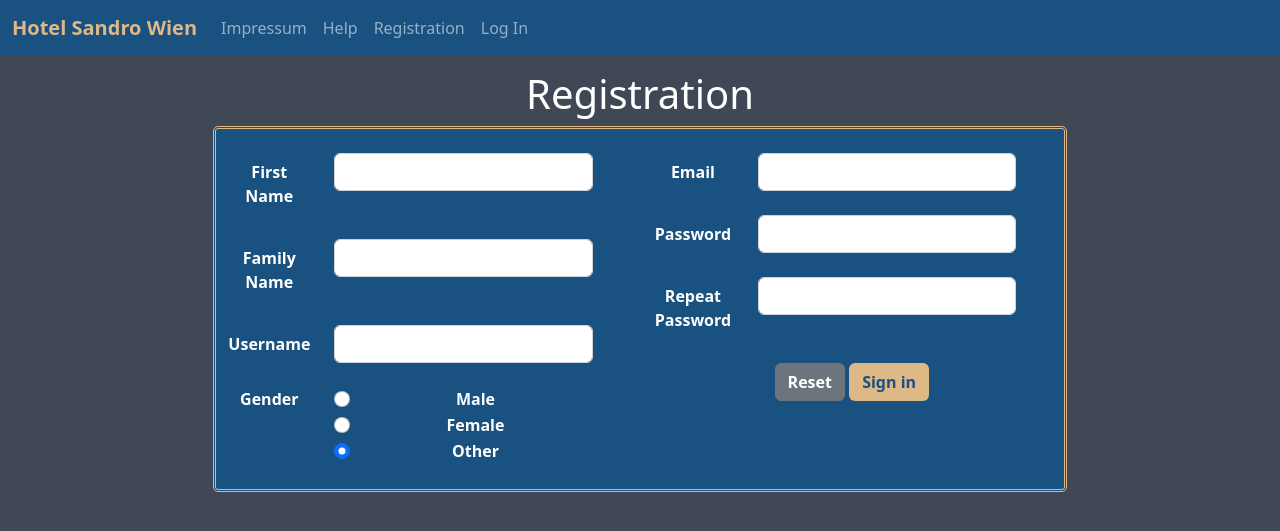
Repository: TIS0N/Hotel_Sandro
Page: http://localhost/pages/registration.php
These files come from the project's save history. The page is drawn as it stood at one moment and after the next save; the edit follows.
The browser window is 1280 px wide. The pictures show the whole page.
The page is run by PHP 8.4 with error messages shown; the project is at /var/www/html/.

Above is the page before, as saved 2022-10-10 18:04:43.

After the next save:
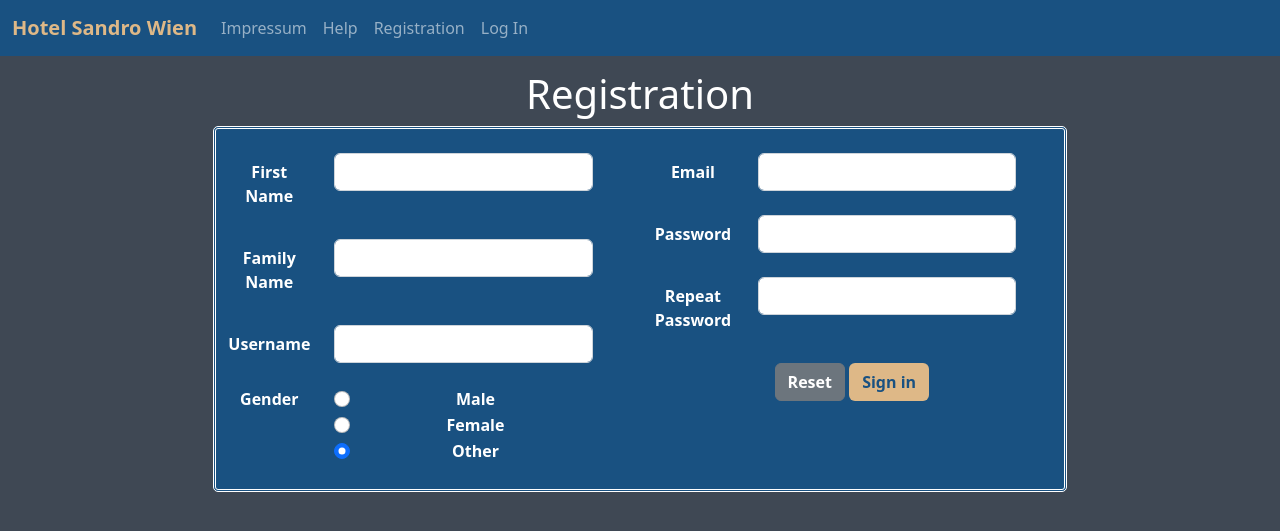
Saved 60 s later.
--- a/res/css/stylesheet.css
+++ b/res/css/stylesheet.css
@@ -13,6 +13,6 @@
 #formular{
     background-color: #195181;
     border-radius: 5px;
-    border-color: burlywood;
+    border-color: rgb(255, 255, 255);
     border-style: double;
 }
